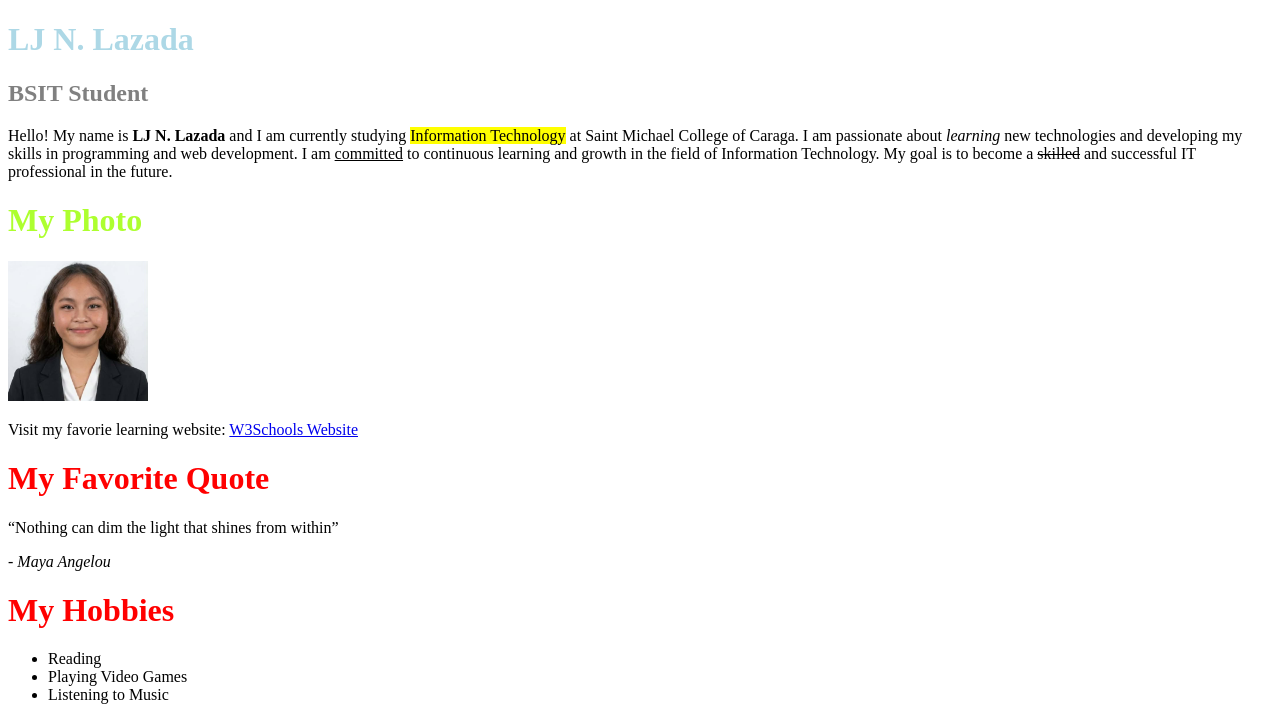
Repository: ljlazada11/myfirsthtml
Page: index.html
The author's editor kept a copy of each file at every save. The page is drawn from the files as they stood at one save, then again after the next save.
The browser window is 1280 px wide. The pictures show the whole page.

Above is the page before, as saved 2026-06-24 19:59:01.

After the next save:
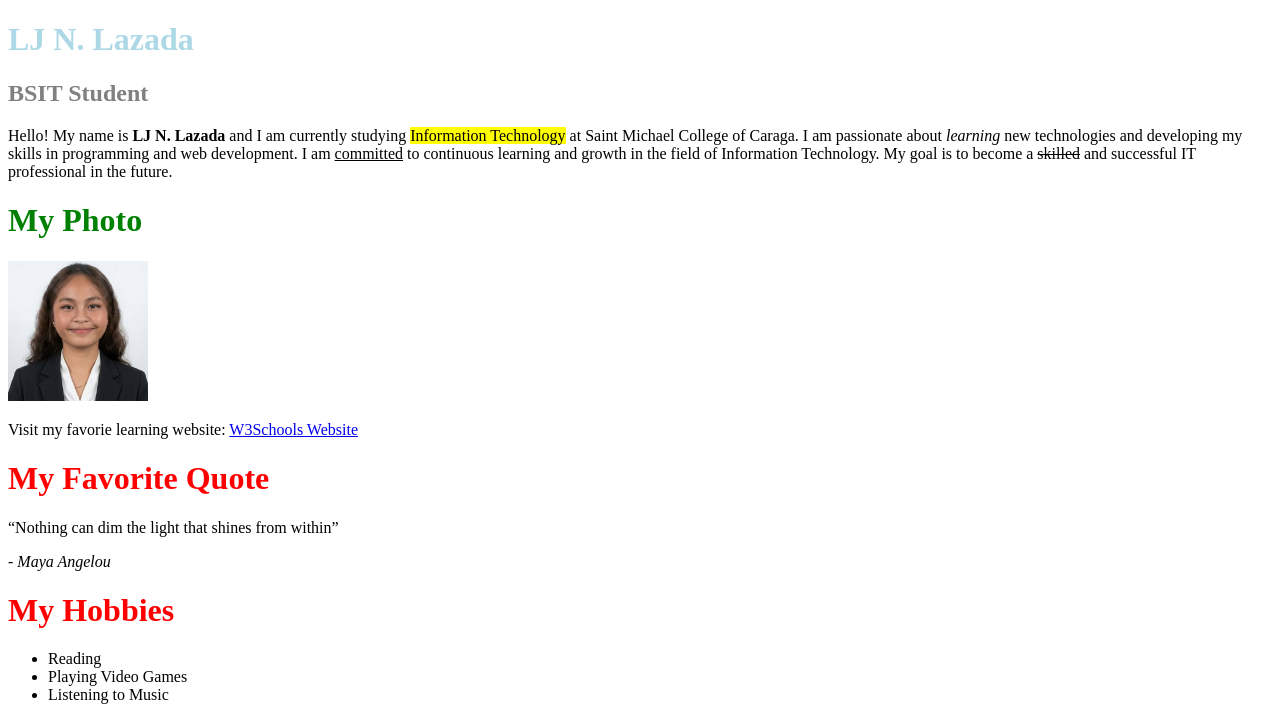
Saved 14 s later.
--- a/index.html
+++ b/index.html
@@ -12,7 +12,7 @@
     <h2 style="color:gray;">BSIT Student</h2>
     <p>Hello! My name is <strong>LJ N. Lazada</strong> and I am currently studying <mark>Information Technology</mark> at Saint Michael College of Caraga. I am passionate about <i>learning</i> new technologies and developing my skills in programming and web development. I am <ins>committed</ins> to continuous learning and growth in the field of Information Technology. My goal is to become a <del>skilled</del> and successful IT professional in the future.</p>
 </body>
-    <h1 style="color:greenyellow;">My Photo</h1>
+    <h1 style="color:green;">My Photo</h1>
     <img src="pic.jpg" alt="My	Profile	Picture" width="140" height="140">
     <p> Visit my favorie learning website: <a href="https://www.w3schools.com/html/default.asp" target="_blank">W3Schools	Website</a></p>
 
